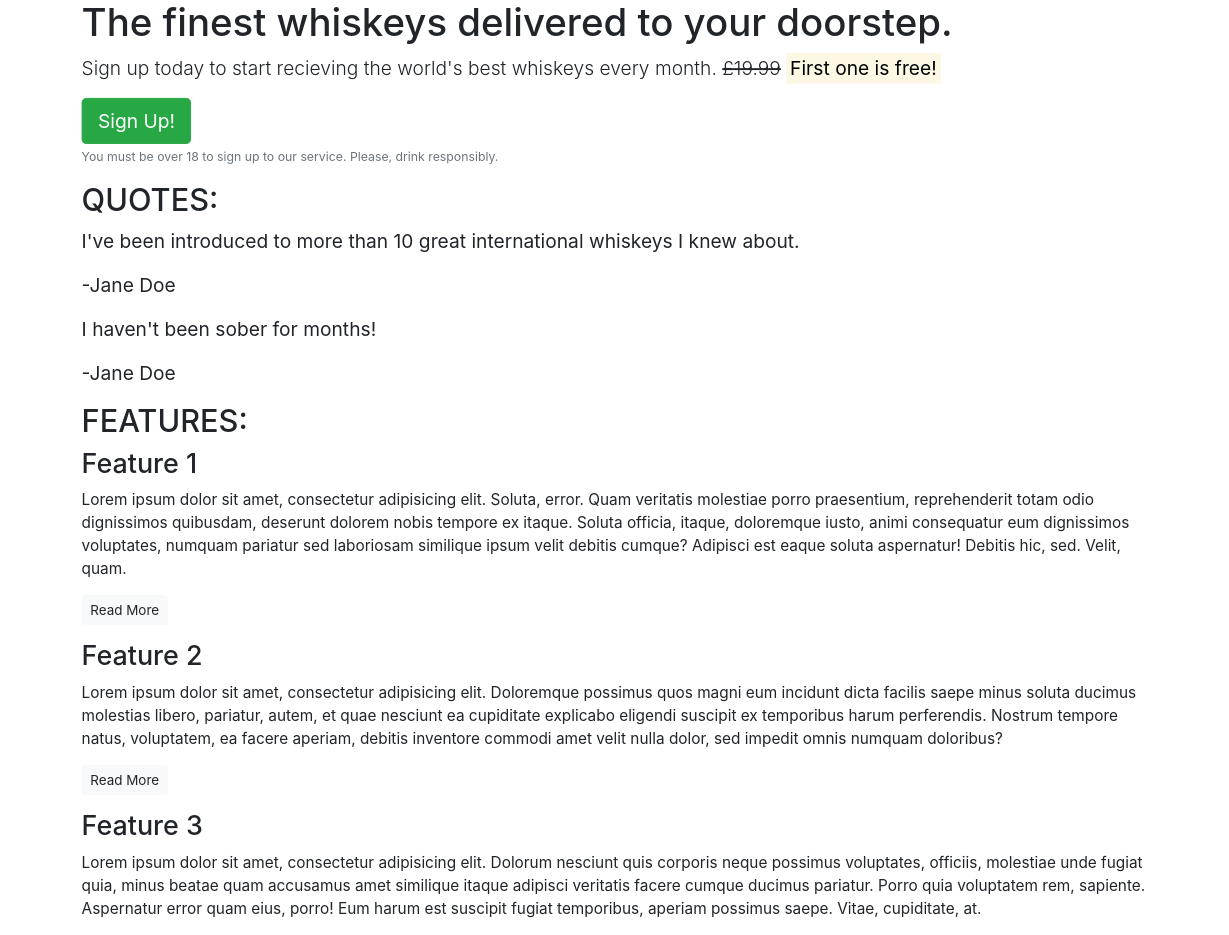
Repository: Leannald13/whiskey-project
Page: index.html
The author's editor kept a record of every edit. The page is drawn from the files as they stood at one moment, then again after the next edit.
The browser window is 1280 px wide. The pictures show the whole page, at 96% of full size.

Above is the page before.
Console error: TypeError: Cannot read properties of undefined (reading 'fn')

### index.html
<!DOCTYPE html>
<html lang="en">

<head>
    <meta charset="UTF-8">
    <meta name="viewport" content="width=device-width, initial-scale=1.0">
    <meta http-equiv="X-UA-Compatible" content="ie=edge">
    <link rel="stylesheet" href="https://stackpath.bootstrapcdn.com/bootstrap/4.1.3/css/bootstrap.min.css" integrity="sha384-MCw98/SFnGE8fJT3GXwEOngsV7Zt27NXFoaoApmYm81iuXoPkFOJwJ8ERdknLPMO" crossorigin="anonymous">
    <script src="https://stackpath.bootstrapcdn.com/bootstrap/4.1.3/js/bootstrap.min.js" integrity="sha384-ChfqqxuZUCnJSK3+MXmPNIyE6ZbWh2IMqE241rYiqJxyMiZ6OW/JmZQ5stwEULTy" crossorigin="anonymous"></script>
    <title>Whiskey Drop: Taste a new whiskey every month</title>
</head>

<body>
    <article class="container">
        <div class="row">
            <div class="col-12">
            <section class="callout">
                <h1>The finest whiskeys delivered to your doorstep.</h1>
                <p class="lead">Sign up today to start recieving the world's best whiskeys every month.
                    <s>£19.99</s> <strong><mark>First one is free!</mark></strong></p>
                <button class="btn btn-success btn-lg">Sign Up!</button>
                <p class="text-muted"><small>You must be over 18 to sign up to our service. Please, drink responsibly.</small></p>
            </section>
            </div>
        </div>
        <section class="quotes">
            <div class="row">
            <div class="col-12">
            <h2 class="text-uppercase">Quotes:</h2>
            </div>
            </div>
            <div class="row">
                <div class="col-12">
            <blockquote class="blockquote">
                <p>I've been introduced to more than 10 great international whiskeys I knew about.</p>
                <p>-Jane Doe</p>
            </blockquote>
            </div>
            <div class="col-12">
            <blockquote class="blockquote">
                <p>I haven't been sober for months!</p>
                <p>-Jane Doe</p>
            </blockquote>
            </div>
            </div>
        </section>
        <section class="features">
            <div class="row">
                <div class="col-12">
            <h2 class="text-uppercase">Features:</h2>
            </div>
            </div>
            <div class="row">
                <div class="col-12">
            <div class="feature">
                <h3>Feature 1</h3>
                <p>Lorem ipsum dolor sit amet, consectetur adipisicing elit. Soluta, error. Quam veritatis molestiae porro praesentium, reprehenderit totam odio dignissimos quibusdam, deserunt dolorem nobis tempore ex itaque. Soluta officia, itaque, doloremque
                    iusto, animi consequatur eum dignissimos voluptates, numquam pariatur sed laboriosam similique ipsum velit debitis cumque? Adipisci est eaque soluta aspernatur! Debitis hic, sed. Velit, quam.</p>
                <p><a class="btn btn-sm btn-light" href="">Read More</a></p>
            </div>
            </div>
            <div class="col-12">
            <div class="feature">
                <h3>Feature 2</h3>
                <p>Lorem ipsum dolor sit amet, consectetur adipisicing elit. Doloremque possimus quos magni eum incidunt dicta facilis saepe minus soluta ducimus molestias libero, pariatur, autem, et quae nesciunt ea cupiditate explicabo eligendi suscipit
                    ex temporibus harum perferendis. Nostrum tempore natus, voluptatem, ea facere aperiam, debitis inventore commodi amet velit nulla dolor, sed impedit omnis numquam doloribus?</p>
                <p><a class="btn btn-sm btn-light" href="">Read More</a></p>
            </div>
            </div>
            <div class="col-12">
            <div class="feature">
                <h3>Feature 3</h3>
                <p>Lorem ipsum dolor sit amet, consectetur adipisicing elit. Dolorum nesciunt quis corporis neque possimus voluptates, officiis, molestiae unde fugiat quia, minus beatae quam accusamus amet similique itaque adipisci veritatis facere cumque
                    ducimus pariatur. Porro quia voluptatem rem, sapiente. Aspernatur error quam eius, porro! Eum harum est suscipit fugiat temporibus, aperiam possimus saepe. Vitae, cupiditate, at.</p>
            </div>
            </div>


        </section>
    </article>

</body>

</html>

After the next edit:
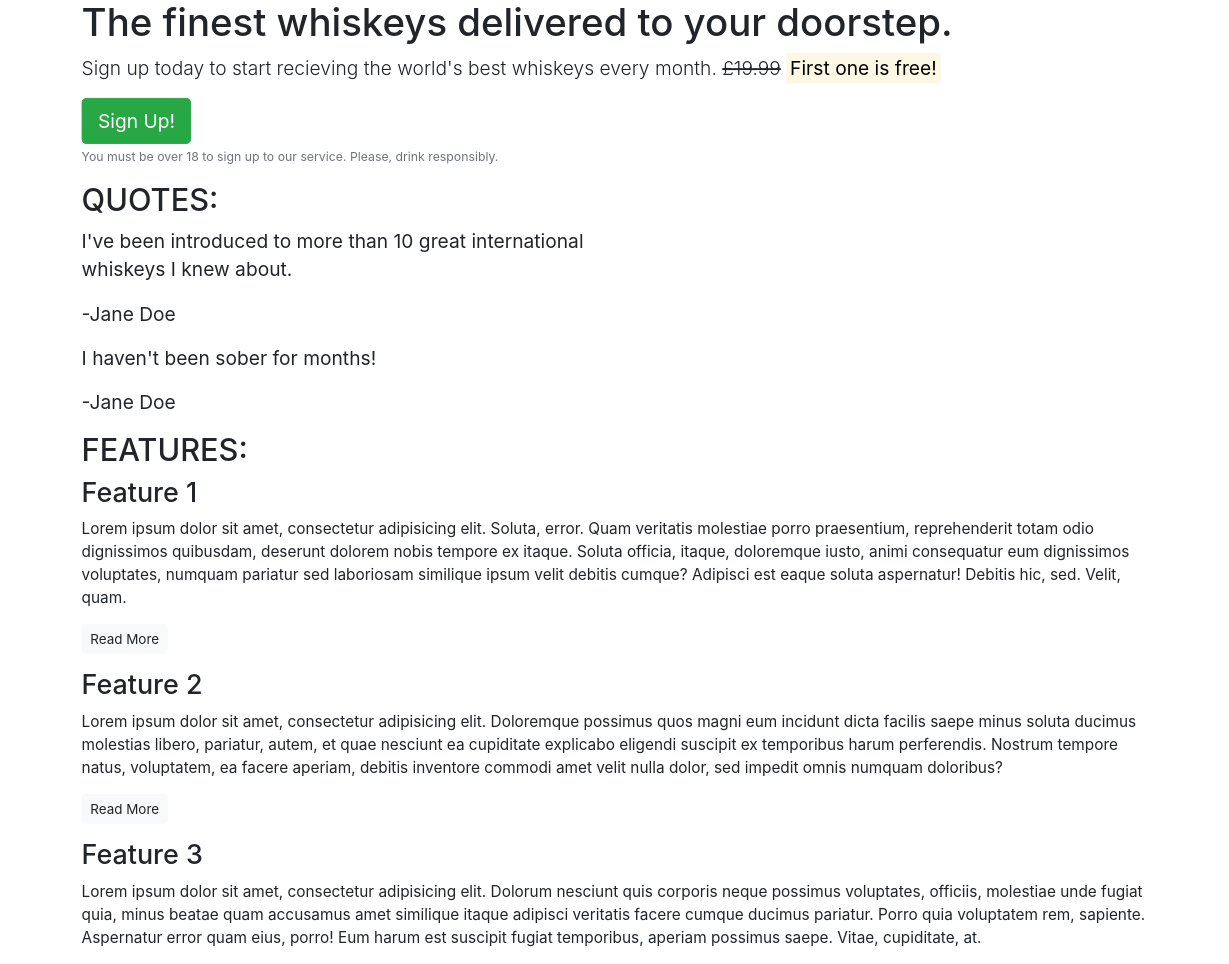
The edit:
--- a/index.html
+++ b/index.html
@@ -14,65 +14,66 @@
     <article class="container">
         <div class="row">
             <div class="col-12">
-            <section class="callout">
-                <h1>The finest whiskeys delivered to your doorstep.</h1>
-                <p class="lead">Sign up today to start recieving the world's best whiskeys every month.
-                    <s>£19.99</s> <strong><mark>First one is free!</mark></strong></p>
-                <button class="btn btn-success btn-lg">Sign Up!</button>
-                <p class="text-muted"><small>You must be over 18 to sign up to our service. Please, drink responsibly.</small></p>
-            </section>
+                <section class="callout">
+                    <h1>The finest whiskeys delivered to your doorstep.</h1>
+                    <p class="lead">Sign up today to start recieving the world's best whiskeys every month.
+                        <s>£19.99</s> <strong><mark>First one is free!</mark></strong></p>
+                    <button class="btn btn-success btn-lg">Sign Up!</button>
+                    <p class="text-muted"><small>You must be over 18 to sign up to our service. Please, drink responsibly.</small></p>
+                </section>
             </div>
         </div>
         <section class="quotes">
             <div class="row">
-            <div class="col-12">
-            <h2 class="text-uppercase">Quotes:</h2>
-            </div>
+                <div class="col-12">
+                    <h2 class="text-uppercase">Quotes:</h2>
+                </div>
             </div>
             <div class="row">
+                <div class="col-12 col-md-6">
+                    <blockquote class="blockquote">
+                        <p>I've been introduced to more than 10 great international whiskeys I knew about.</p>
+                        <p>-Jane Doe</p>
+                    </blockquote>
+                </div>
                 <div class="col-12">
-            <blockquote class="blockquote">
-                <p>I've been introduced to more than 10 great international whiskeys I knew about.</p>
-                <p>-Jane Doe</p>
-            </blockquote>
-            </div>
-            <div class="col-12">
-            <blockquote class="blockquote">
-                <p>I haven't been sober for months!</p>
-                <p>-Jane Doe</p>
-            </blockquote>
-            </div>
+                    <blockquote class="blockquote">
+                        <p>I haven't been sober for months!</p>
+                        <p>-Jane Doe</p>
+                    </blockquote>
+                </div>
             </div>
         </section>
         <section class="features">
             <div class="row">
                 <div class="col-12">
-            <h2 class="text-uppercase">Features:</h2>
-            </div>
+                    <h2 class="text-uppercase">Features:</h2>
+                </div>
             </div>
             <div class="row">
                 <div class="col-12">
-            <div class="feature">
-                <h3>Feature 1</h3>
-                <p>Lorem ipsum dolor sit amet, consectetur adipisicing elit. Soluta, error. Quam veritatis molestiae porro praesentium, reprehenderit totam odio dignissimos quibusdam, deserunt dolorem nobis tempore ex itaque. Soluta officia, itaque, doloremque
-                    iusto, animi consequatur eum dignissimos voluptates, numquam pariatur sed laboriosam similique ipsum velit debitis cumque? Adipisci est eaque soluta aspernatur! Debitis hic, sed. Velit, quam.</p>
-                <p><a class="btn btn-sm btn-light" href="">Read More</a></p>
-            </div>
-            </div>
-            <div class="col-12">
-            <div class="feature">
-                <h3>Feature 2</h3>
-                <p>Lorem ipsum dolor sit amet, consectetur adipisicing elit. Doloremque possimus quos magni eum incidunt dicta facilis saepe minus soluta ducimus molestias libero, pariatur, autem, et quae nesciunt ea cupiditate explicabo eligendi suscipit
-                    ex temporibus harum perferendis. Nostrum tempore natus, voluptatem, ea facere aperiam, debitis inventore commodi amet velit nulla dolor, sed impedit omnis numquam doloribus?</p>
-                <p><a class="btn btn-sm btn-light" href="">Read More</a></p>
-            </div>
-            </div>
-            <div class="col-12">
-            <div class="feature">
-                <h3>Feature 3</h3>
-                <p>Lorem ipsum dolor sit amet, consectetur adipisicing elit. Dolorum nesciunt quis corporis neque possimus voluptates, officiis, molestiae unde fugiat quia, minus beatae quam accusamus amet similique itaque adipisci veritatis facere cumque
-                    ducimus pariatur. Porro quia voluptatem rem, sapiente. Aspernatur error quam eius, porro! Eum harum est suscipit fugiat temporibus, aperiam possimus saepe. Vitae, cupiditate, at.</p>
-            </div>
+                    <div class="feature">
+                        <h3>Feature 1</h3>
+                        <p>Lorem ipsum dolor sit amet, consectetur adipisicing elit. Soluta, error. Quam veritatis molestiae porro praesentium, reprehenderit totam odio dignissimos quibusdam, deserunt dolorem nobis tempore ex itaque. Soluta officia, itaque,
+                            doloremque iusto, animi consequatur eum dignissimos voluptates, numquam pariatur sed laboriosam similique ipsum velit debitis cumque? Adipisci est eaque soluta aspernatur! Debitis hic, sed. Velit, quam.</p>
+                        <p><a class="btn btn-sm btn-light" href="">Read More</a></p>
+                    </div>
+                </div>
+                <div class="col-12">
+                    <div class="feature">
+                        <h3>Feature 2</h3>
+                        <p>Lorem ipsum dolor sit amet, consectetur adipisicing elit. Doloremque possimus quos magni eum incidunt dicta facilis saepe minus soluta ducimus molestias libero, pariatur, autem, et quae nesciunt ea cupiditate explicabo eligendi
+                            suscipit ex temporibus harum perferendis. Nostrum tempore natus, voluptatem, ea facere aperiam, debitis inventore commodi amet velit nulla dolor, sed impedit omnis numquam doloribus?</p>
+                        <p><a class="btn btn-sm btn-light" href="">Read More</a></p>
+                    </div>
+                </div>
+                <div class="col-12">
+                    <div class="feature">
+                        <h3>Feature 3</h3>
+                        <p>Lorem ipsum dolor sit amet, consectetur adipisicing elit. Dolorum nesciunt quis corporis neque possimus voluptates, officiis, molestiae unde fugiat quia, minus beatae quam accusamus amet similique itaque adipisci veritatis facere
+                            cumque ducimus pariatur. Porro quia voluptatem rem, sapiente. Aspernatur error quam eius, porro! Eum harum est suscipit fugiat temporibus, aperiam possimus saepe. Vitae, cupiditate, at.</p>
+                    </div>
+                </div>
             </div>
 
 
